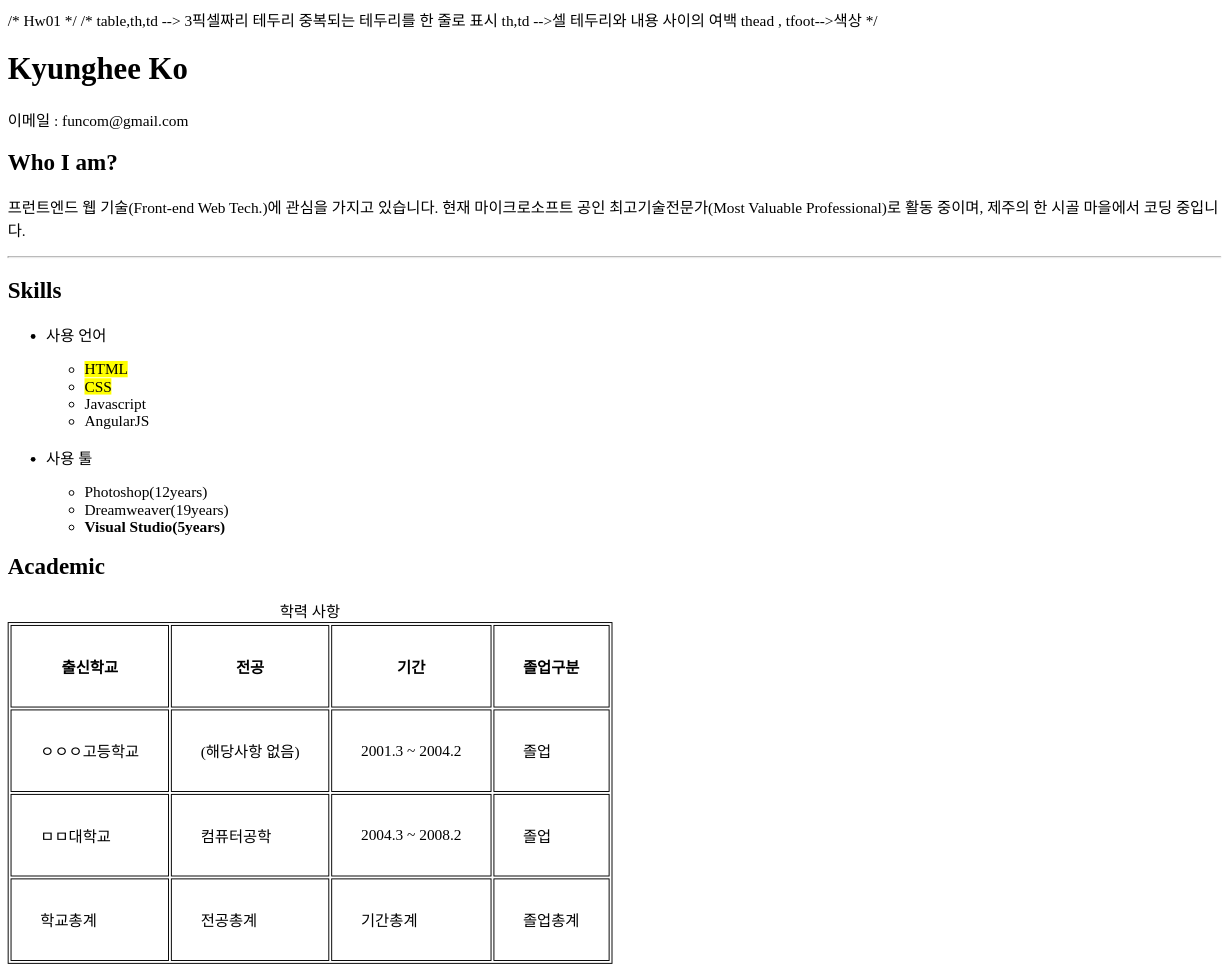
Repository: seulhwangbo/SeulJSP
Page: jspSrc17/webStandard01/src/main/webapp/02/resume.html
These files come from the project's save history. The page is drawn as it stood at one moment and after the next save; the edit follows.
The browser window is 1280 px wide. The pictures show the whole page, at 96% of full size.

Above is the page before, as saved 2024-06-13 07:54:29.

After the next save:
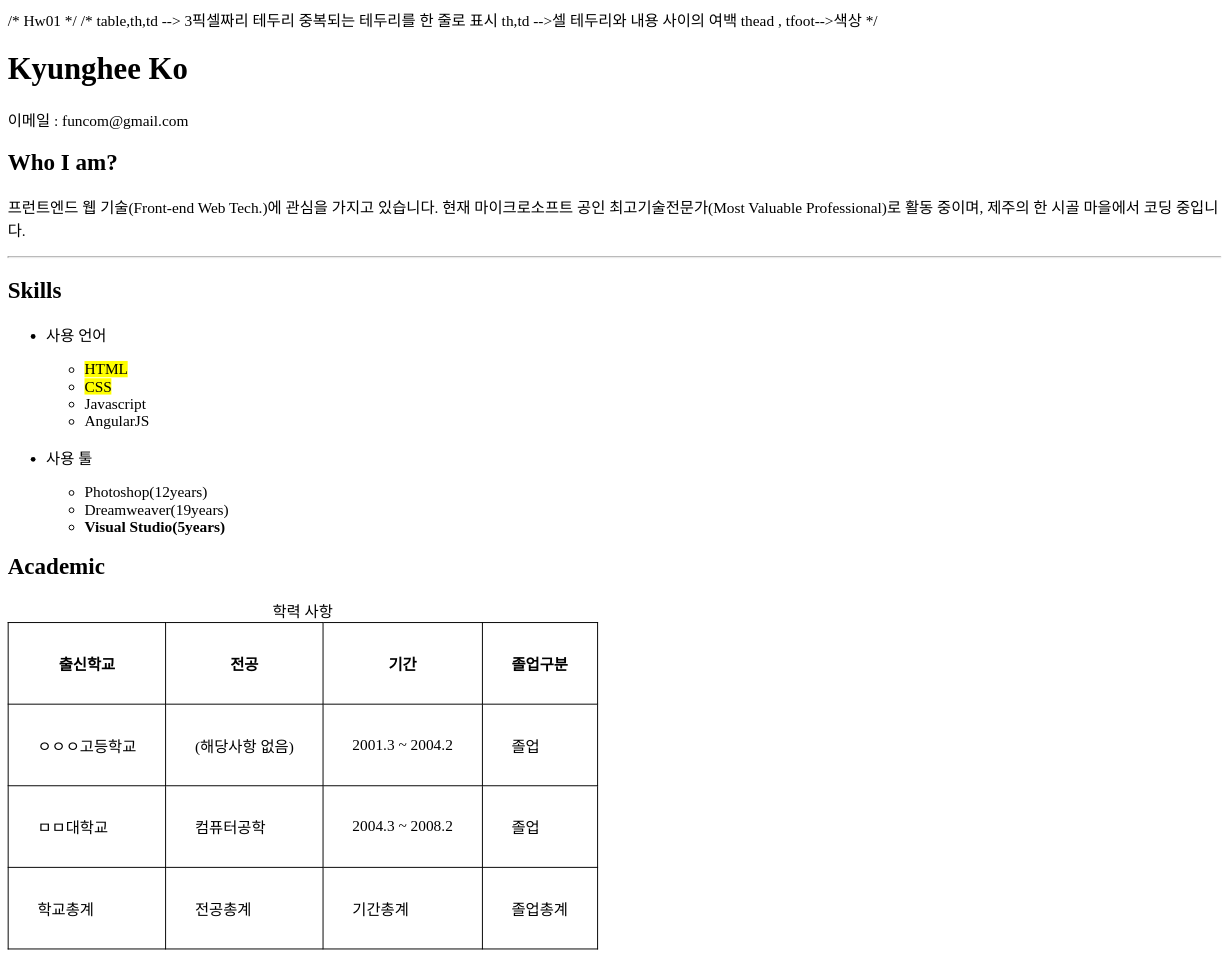
Saved 11 s later.
--- a/jspSrc17/webStandard01/src/main/webapp/02/resume.html
+++ b/jspSrc17/webStandard01/src/main/webapp/02/resume.html
@@ -13,11 +13,11 @@ thead , tfoot-->색상
 <style type="text/css">
 table, th, td {
 	border: 1px solid black;
+	border-collapse: collapse;
 }
 
 th, td {
 	padding: 30px;
-	border-collapse: collapse;
 
 }
 
